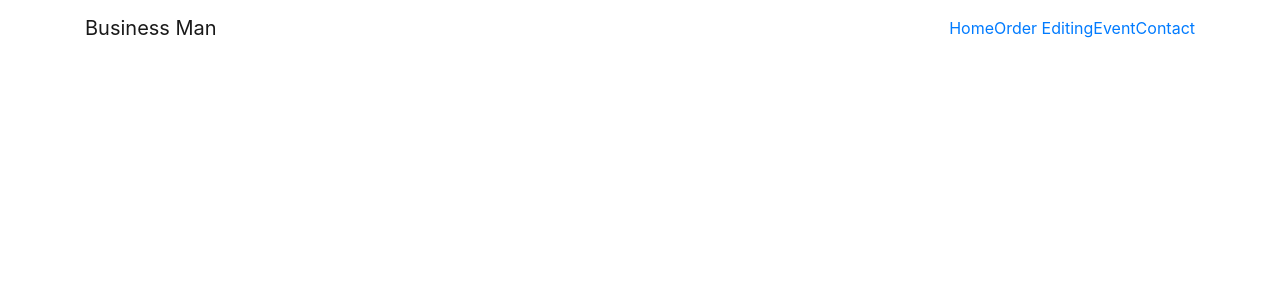
Repository: mdtahsinamin/internship-task
Page: /
The author's editor kept a copy of each file at every save. The page is drawn from the files as they stood at one save, then again after the next save.
The browser window is 1280 px wide. The pictures show the whole page.
The project was rebuilt for these pictures with package versions that can differ from the ones it lists, and the page was loaded fresh each time. Also part of the build but not shown: src/App.css, src/Components/Style/SignIn.css, src/Components/Authentication/firebase.config.js, src/Components/Authentication/AuthManager.js, src/Components/Authentication/SignIn.js, src/Components/NotFound/NotFound.js.

Above is the page before, as saved 2020-12-24 17:24:16.

After the next save:
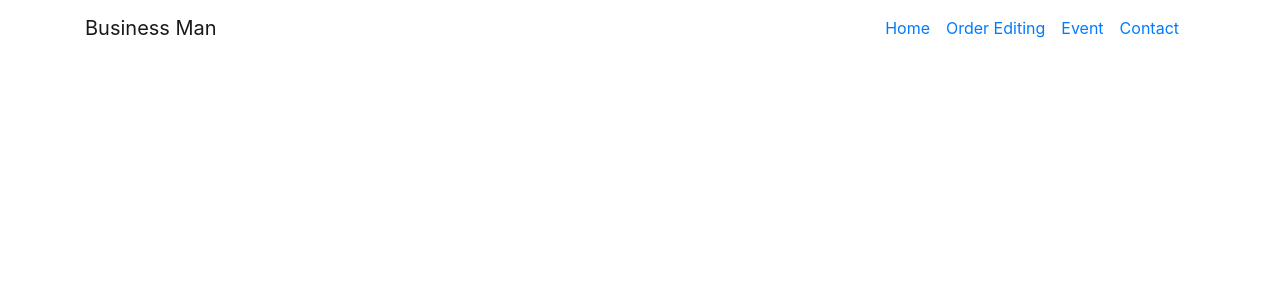
Saved 18 s later.
--- a/src/Components/Pages/Share/Navigation/Navigation.js
+++ b/src/Components/Pages/Share/Navigation/Navigation.js
@@ -17,7 +17,7 @@ const Navigation = () => {
                     {
                         links.map((link,index) =>{
                               return (
-                               <Link  to={`${link.toLocaleLowerCase().split(' ').join('-')}`}>
+                               <Link className="mr-3" to={`${link.toLocaleLowerCase().split(' ').join('-')}`}>
                                    {link}
                                </Link>
                               )
